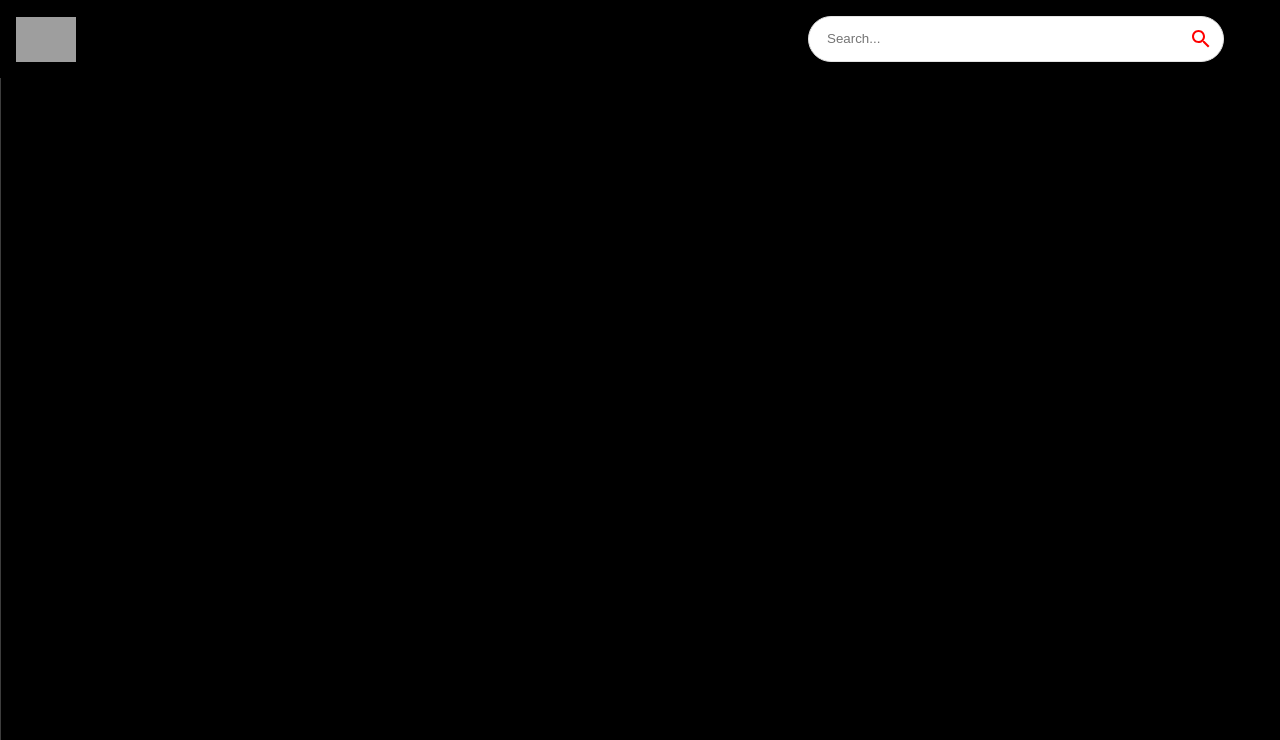
Repository: Ellisvelandia/YOUTUBE2
Page: /
These files come from the project's save history. The page is drawn as it stood at one moment and after the next save; the edit follows.
The browser window is 1280 px wide. The pictures show the whole page.
Pictures or frames that could not be fetched are drawn as grey boxes. The project was rebuilt for these pictures with package versions that can differ from the ones it lists, and the page was loaded fresh each time. Also part of the build but not shown: src/components/ChannelDetail.jsx, src/utils/constants.js, src/components/VideoDetail.jsx, src/components/SearchFeed.jsx.

Above is the page before, as saved 2022-08-26 17:00:31.

### public/index.html
<!DOCTYPE html>
<html lang="en">
  <head>
    <meta charset="utf-8" />
    <link rel="icon" href="%PUBLIC_URL%/favicon.ico" />
    <meta name="viewport" content="width=device-width, initial-scale=1" />
    <meta name="theme-color" content="#000000" />
    <meta
      name="description"
      content="Web site created using create-react-app"
    />
    <link rel="apple-touch-icon" href="%PUBLIC_URL%/logo192.png" />

    <link rel="manifest" href="%PUBLIC_URL%/manifest.json" />

    <link
      rel="stylesheet"
      href="https://fonts.googleapis.com/css?family=Roboto:300,400,500,700&display=swap"
    />
    <link
      rel="stylesheet"
      href="https://fonts.googleapis.com/icon?family=Material+Icons"
    />
    <title>Youtube 2.0 App</title>
  </head>
  <body>
    <noscript>You need to enable JavaScript to run this app.</noscript>
    <div id="root"></div>
  </body>
</html>

### src/components/index.js
export { default as ChannelDetail } from "./ChannelDetail";
export { default as Feed } from "./Feed";
export { default as Navbar } from "./Navbar";
export { default as VideoDetail } from "./VideoDetail";
export { default as SearchFeed } from "./SearchFeed";
export { default as SearchBar } from "./SearchBar";

### src/components/Feed.jsx
import {useState, useEffect} from 'react';
import { Box, Stack, Typography } from '@mui/material';

const Feed = () => {
  return (
<Stack sx={{flexDirection : {
  sx: "column", md: "row" }}}>
    <Box sx={{
      height: {sx : 'auto', md: '92vh'}, borderRight: '1px solid #3d3d3d', px: {}
    }}>

    </Box>
</Stack>
    )
}

export default Feed

### src/components/Navbar.jsx
import { Stack } from "@mui/material";
import { Link } from "react-router-dom";

import { logo } from "../utils/constants";
import SearchBar from "./SearchBar";

const Navbar = () => (
  <Stack
    direction="row"
    alignItems="center"
    p={2}
    sx={{
      position: "sticky",
      background: "#000",
      top: 0,
      justifyContent: "space-between",
    }}
  >
    <Link to="/" style={{ display: "flex", alignItems: "center" }}>
      <img src={logo} alt="logo" height={45} />
    </Link>
    <SearchBar />
  </Stack>
);

export default Navbar;

### src/components/SearchBar.jsx
// import { useState } from "react";
// import { useNavigate } from "react-router-dom";
import { Paper, IconButton } from "@mui/material";
import { Search } from "@mui/icons-material";

const SearchBar = () => {
  return (
    <Paper
      component="form"
      onSubmit={() => {}}
      sx={{
        borderRadius: 20,
        border: "1px solid #e3e3e3",
        pl: 2,
        boxShadow: "none",
        mr: { sm: 5 },
      }}
    >
      <input
        className="search-bar"
        placeholder="Search..."
        value=""
        onChange={() => {}}
      />
      <IconButton type="submit" sx={{ p: "10px", color: "red" }}>
        <Search />
      </IconButton>
    </Paper>
  );
};

export default SearchBar;

Loaded but not shown: src/index.js (common file); src/App.js (common file); src/index.css (common file)

After the next save:
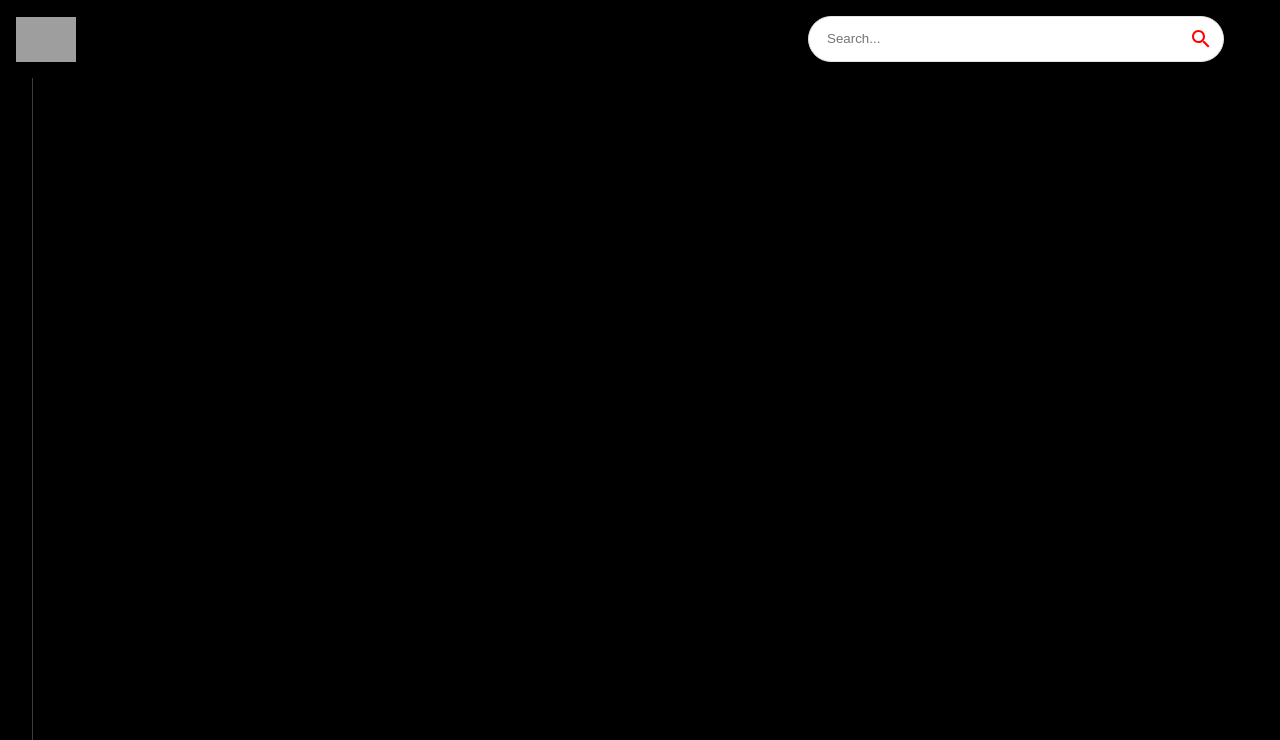
Saved 7 s later.
--- a/src/components/Feed.jsx
+++ b/src/components/Feed.jsx
@@ -6,7 +6,7 @@
 <Stack sx={{flexDirection : {
   sx: "column", md: "row" }}}>
     <Box sx={{
-      height: {sx : 'auto', md: '92vh'}, borderRight: '1px solid #3d3d3d', px: {}
+      height: {sx : 'auto', md: '92vh'}, borderRight: '1px solid #3d3d3d', px: {sx : 0, md: 2}
     }}>
 
     </Box>
